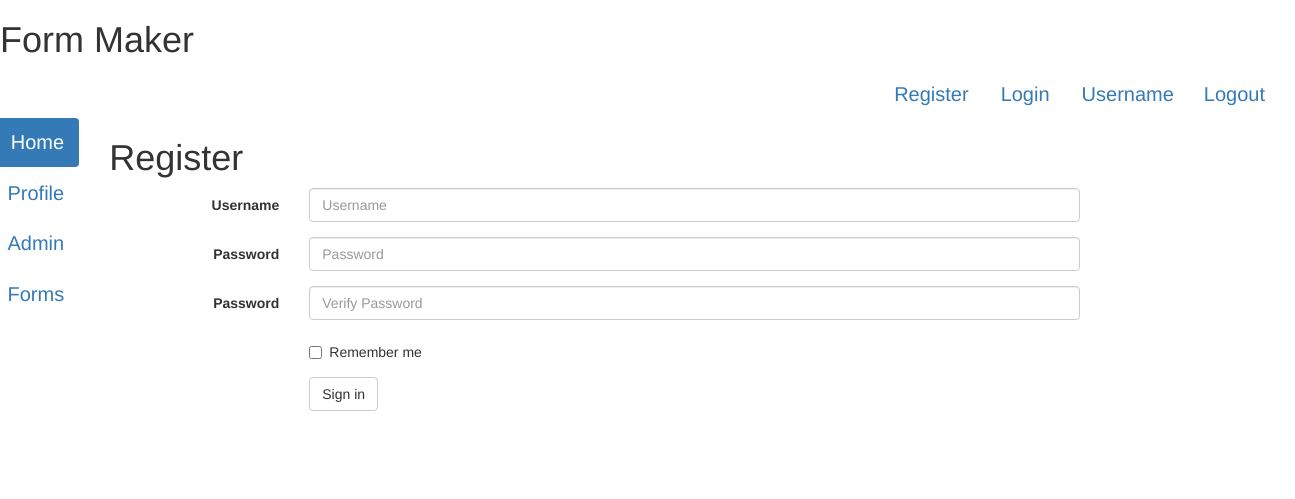
Repository: dishant8/Web-development
Page: public/WebDevWorkspace/experiment/WebContent/CSS/Bootstrap/Register.html
The author's editor kept a copy of each file at every save. The page is drawn from the files as they stood at one save, then again after the next save.
The browser window is 1280 px wide. The page is 1295 px wide, so the pictures cover 1295 px, including what lies to the right of the window. The pictures show the whole page.

Above is the page before, as saved 2015-09-30 22:34:16.

### public/WebDevWorkspace/experiment/WebContent/CSS/Bootstrap/Register.html
<!DOCTYPE html>
<html>
<head>
<meta charset="ISO-8859-1">
<title>Home</title>
<!--   <link href="css/bootstrap.min.css" rel="stylesheet" />-->
<link href="app/vendor/bootstrap/dist/css/bootstrap.min.css"
	rel="stylesheet" />

<link rel="stylesheet" href="style.css" />


</head>
<body>
	<div>
		<header id="form">
			<h1>Form Maker</h1>
			<ul class="nav nav-pills">
				<li id="logout" role="presentation"><a href="login.html">Logout</a></li>
				<li id="username" role="presentation"><a href="home.html">Username</a></li>
				<li id="login" role="presentation"><a href="login.html">Login</a></li>
				<li id="register" role="presentation"><a href="register.html">Register</a></li>
			</ul>
		</header>



	</div>

	<div class="row">

		<div class="col-xs-1">

			<ul class="nav nav-pills nav-stacked">
				<li role="presentation" class="active"><a href="home.html">Home</a></li>
				<li role="presentation"><a href="profile.html">Profile</a></li>
				<li role="presentation"><a href="admin.html">Admin</a></li>
				<li role="presentation"><a href="forms.html">Forms</a></li>
			</ul>
		</div>

		<div class="col-xs-11">
			<h1>Register</h1>
			<form class="form-horizontal">
				<div class="form-group">
					<label for="username" class="col-sm-2 control-label">Username</label>
					<div class="col-sm-8">
						<input type="text" class="form-control" id="username"
							placeholder="Username">
					</div>
				</div>
				<div class="form-group">
					<label for="password" class="col-sm-2 control-label">Password</label>
					<div class="col-sm-8">
						<input type="password" class="form-control" id="password"
							placeholder="Password">
					</div>
				</div>
				<div class="form-group">
					<label for="verify password" class="col-sm-2 control-label">Password</label>
					<div class="col-sm-8">
						<input type="password" class="form-control" id="verify password"
							placeholder="Verify Password">
					</div>
				</div>
				<div class="form-group">
					<div class="col-sm-offset-2 col-sm-10">
						<div class="checkbox">
							<label> <input type="checkbox"> Remember me
							</label>
						</div>
					</div>
				</div>
				<div class="form-group">
					<div class="col-sm-offset-2 col-sm-10">
						<button type="submit" class="btn btn-default">Sign in</button>
					</div>
				</div>
			</form>


		</div>

### public/WebDevWorkspace/experiment/WebContent/CSS/Bootstrap/style.css
body{
margin="10px";
padding="10px";

}

.col-md-1{
	border-right: black solid medium;
	border-top: black solid medium;
	border-bottom: black solid medium;
	border-left: black solid medium;
	font-size :15px;

}

#form{
		font-size: 20px;
	}


.contain{
		border-bottom: black solid medium;
	border-top: black solid medium;
	border-right: black solid medium;
	border-left: black solid medium;
	margin-top: 30 px;
	margin-bottom: 30 px;
	margin-left: 30 px;
	margin-right: 30 px;

}

#navigate{
	float= right;
	font-size: 20px;
}

.nav-pills>li{
	float: right;
	font-size: 20px;
}

Loaded but not shown: public/WebDevWorkspace/experiment/WebContent/CSS/Bootstrap/app/vendor/bootstrap/dist/css/bootstrap.min.css (library)

After the next save:
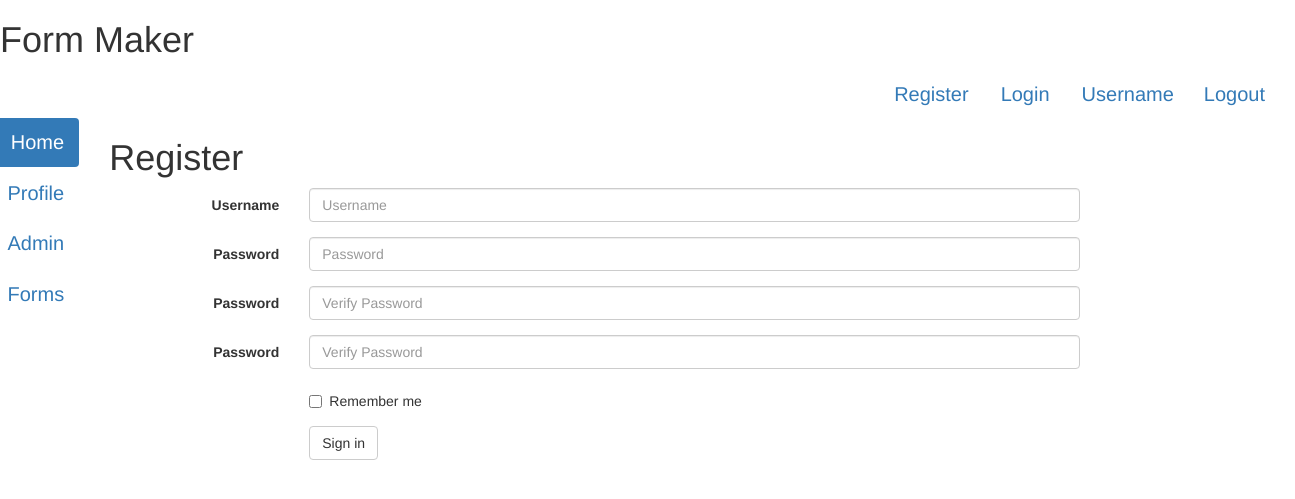
Saved 51 s later.
--- a/public/WebDevWorkspace/experiment/WebContent/CSS/Bootstrap/Register.html
+++ b/public/WebDevWorkspace/experiment/WebContent/CSS/Bootstrap/Register.html
@@ -63,6 +63,15 @@
 							placeholder="Verify Password">
 					</div>
 				</div>
+
+				<div class="form-group">
+					<label for="verify password" class="col-sm-2 control-label">Password</label>
+					<div class="col-sm-8">
+						<input type="password" class="form-control" id="verify password"
+							placeholder="Verify Password">
+					</div>
+				</div>
+
 				<div class="form-group">
 					<div class="col-sm-offset-2 col-sm-10">
 						<div class="checkbox">
